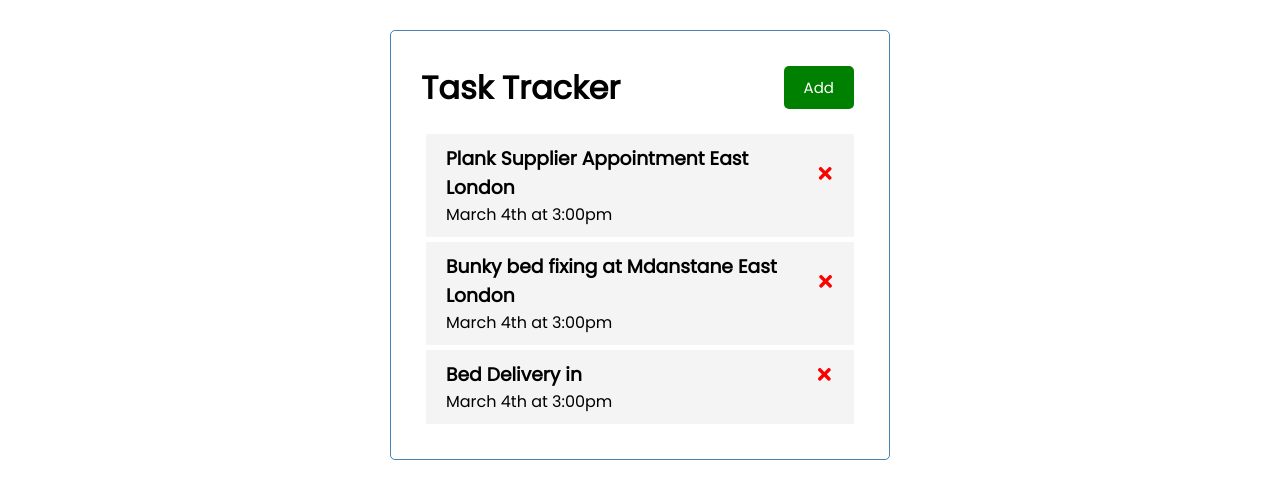
Repository: biggie-pti/task-tracker-react-app
Page: /
An editor plug-in stored every save of this project. The page is shown before and after the next save, followed by the edit.
The browser window is 1280 px wide. The pictures show the whole page.
The project was rebuilt for these pictures with package versions that can differ from the ones it lists, and the page was loaded fresh each time.

Above is the page before, as saved 2022-02-20 16:14:11.

### public/index.html
<!DOCTYPE html>
<html lang="en">
  <head>
    <meta charset="utf-8" />
    <link rel="icon" href="%PUBLIC_URL%/favicon.ico" />
    <meta name="viewport" content="width=device-width, initial-scale=1" />
    <meta name="theme-color" content="#000000" />
    <meta
      name="description"
      content="Web site created using create-react-app"
    />
    <link rel="apple-touch-icon" href="%PUBLIC_URL%/logo192.png" />

    <link rel="manifest" href="%PUBLIC_URL%/manifest.json" />

    <title>Task Tracker</title>
  </head>
  <body>
    <noscript>You need to enable JavaScript to run this app.</noscript>
    <div id="root"></div>

  </body>
</html>

### src/App.js
import Header from "./components/Header";
import Tasks from "./components/Tasks";
import { useState } from "react"
function App() {

  const [tasks, setTasks]= useState(

    [
        {
            id: 1,
            text: 'Plank Supplier Appointment East London',
            day: 'March 4th at 3:00pm',
            reminder: true,
        },
        {
            id: 2,
            text: 'Bunky bed fixing at Mdanstane East London',
            day: 'March 4th at 3:00pm',
            reminder: true,
        },
        {
            id: 3,
            text: 'Bed Delivery in ',
            day: 'March 4th at 3:00pm',
            reminder: true,
        },
    ]
)

//delete task
const deleteTask=(id)=>{
  console.log('delete' ,id)
}

  return (
    <div className="container">
    <Header />
    <Tasks tasks={tasks} onDelete={deleteTask}/>
    </div>
  );
}

export default App;

### src/components/Header.js
import PropTypes from 'prop-types'
import Button from './Button'
const Header = ({title}) => {
    const onClick=()=>{
console.log('Click')
    }
  return (
    <header className='header'>
        <h1>

        {title}
        </h1>
       <Button color='green' text='Add' onClick={onClick}/>
        </header>
  )
}
Header.defaultProps={
    title: 'Task Tracker',
}

Header.propTypes={
    title: PropTypes.string,
}

//CSS in JS
// const headingStyle={
//     color:'red',
//     backgroundColor:'black',
// }

export default Header

### src/components/Tasks.js

import Task from "./Task"
const Tasks = ({tasks, onDelete}) => {

  return (
    <>
{tasks.map((task)=>(
    <Task key={task.id} task={task} onDelete={onDelete} />
)


)}

    </>
  )
}

export default Tasks

### src/components/Button.js

import PropTypes from 'prop-types'

const Button = ({color,text, onClick}) => {


  return (
   <button

   onClick={onClick}
   style={{backgroundColor: color}}
    className='btn'>{text}

    </button>
  )
}
Button.defaultProps={
    color: 'steelblue',
}
Button.protoTypes={
    text: PropTypes.string,
    color: PropTypes.string,
    onClick: PropTypes.func,
}

export default Button

### src/components/Task.js

import {FaTimes} from 'react-icons/fa'
const Task = ({task , onDelete}) => {
  return (
    <div className='task'>
        <h3>{task.text}<FaTimes
         style={{
             color:'red',
             cursor: 'pointer',

         }}
         onClick={()=>onDelete(task.id)}
         /></h3>
        <p>{task.day}</p>

    </div>
  )
}

export default Task

Loaded but not shown: src/index.js (common file); src/index.css (common file); src/reportWebVitals.js (common file)

After the next save:
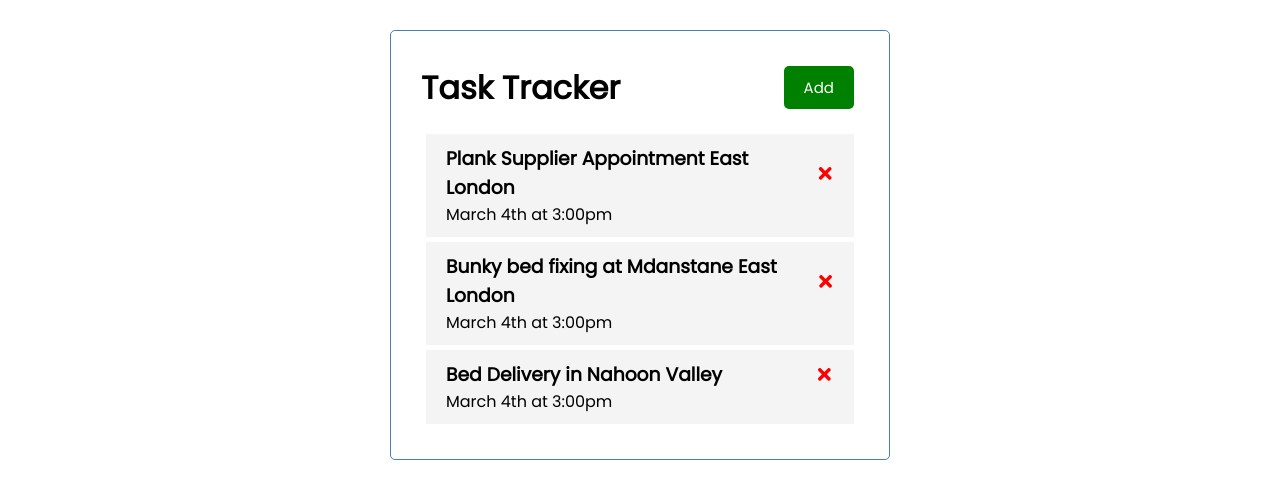
Saved 5 s later.
--- a/src/App.js
+++ b/src/App.js
@@ -20,7 +20,7 @@ function App() {
         },
         {
             id: 3,
-            text: 'Bed Delivery in ',
+            text: 'Bed Delivery in Nahoon Valley',
             day: 'March 4th at 3:00pm',
             reminder: true,
         },
